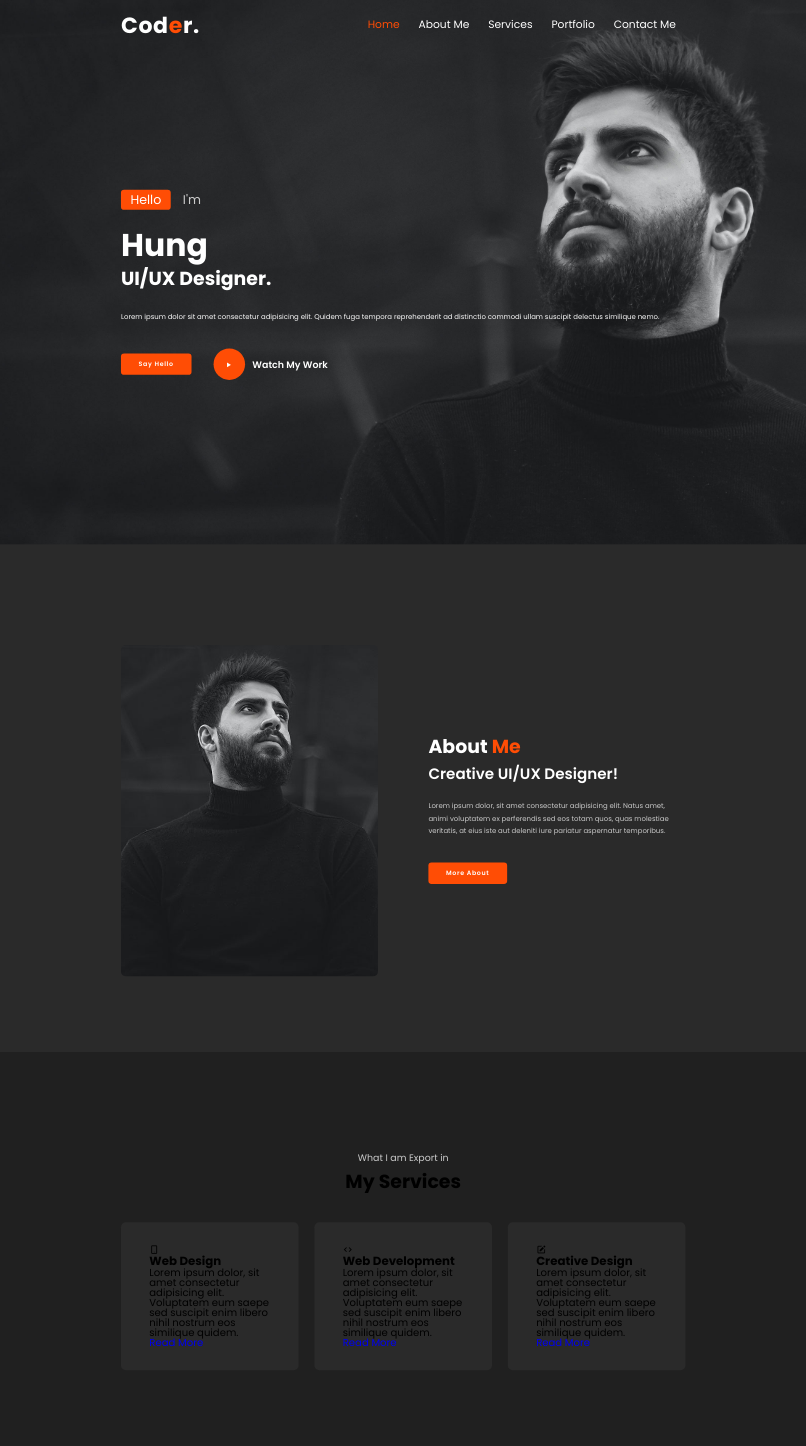
Repository: HungNg99/Protifolio2
Page: Portfolio/index.html
An editor plug-in stored every save of this project. The page is shown before and after the next save, followed by the edit.
The browser window is 1280 px wide. The pictures show the whole page, at 63% of full size.

Above is the page before, as saved 2022-12-11 09:11:23.

After the next save:
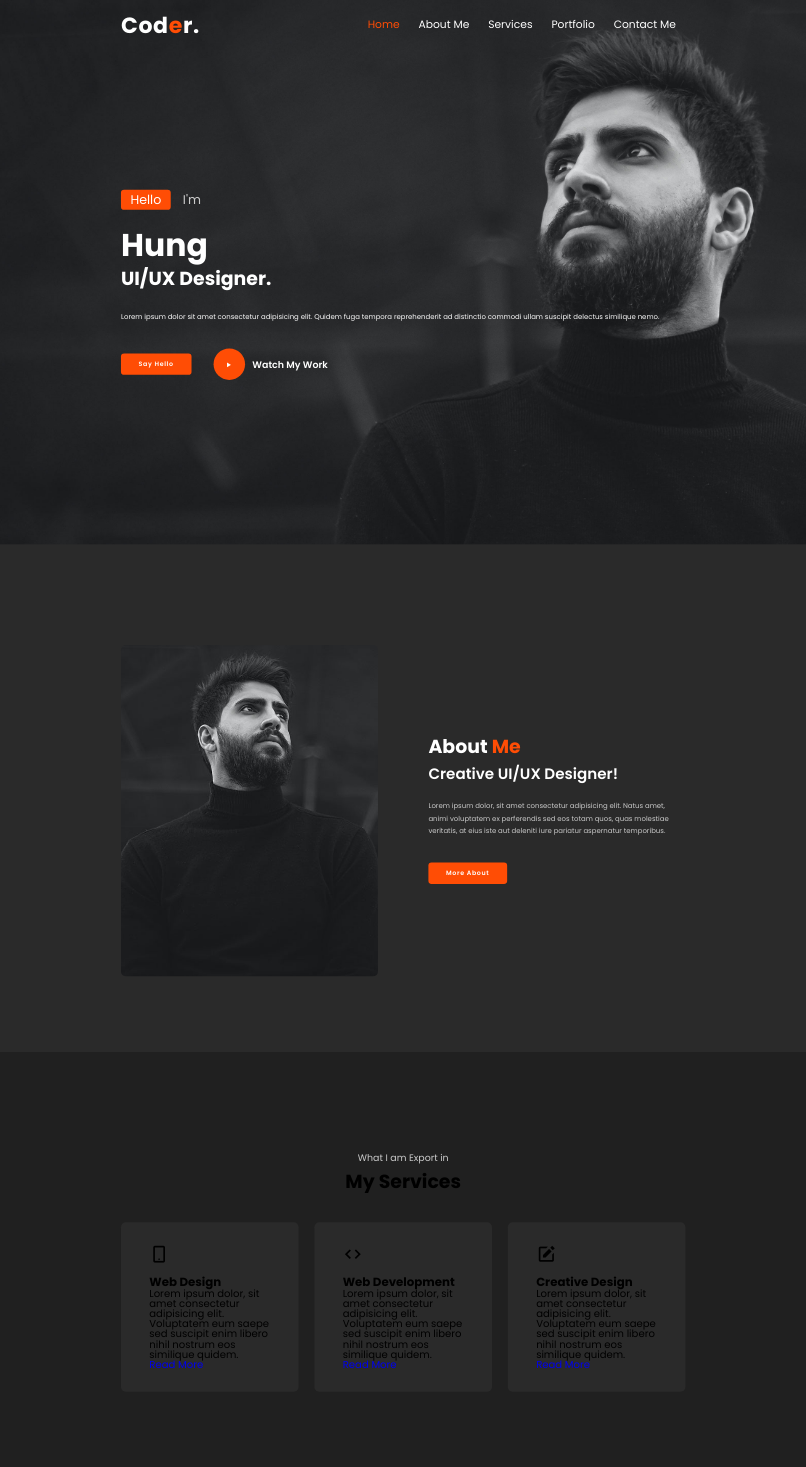
Saved 56 s later.
--- a/Portfolio/style.css
+++ b/Portfolio/style.css
@@ -247,3 +247,7 @@ header.sticky{
     padding: 35px 45px;
     transition: all 0.45s ease;
 }
+.s-icons i{
+    font-size:32px;
+    margin-bottom: 20px;
+}
